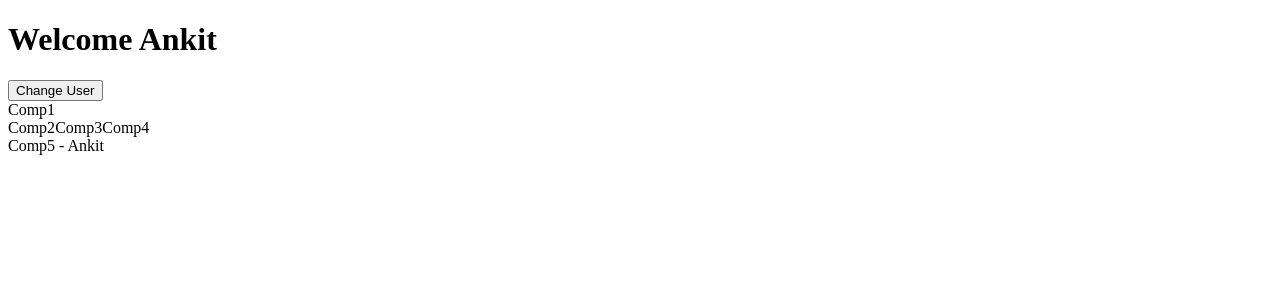
Repository: ankitgujre01/myAppContext2
Page: /
An editor plug-in stored every save of this project. The page is shown before and after a run of saves, followed by the edit.
The browser window is 1280 px wide. The pictures show the whole page.
The project was rebuilt for these pictures with package versions that can differ from the ones it lists, and the page was loaded fresh each time. Also part of the build but not shown: vite.config.js.

Above is the page before, as saved 2025-04-16 17:48:17.

After the next 4 saves:
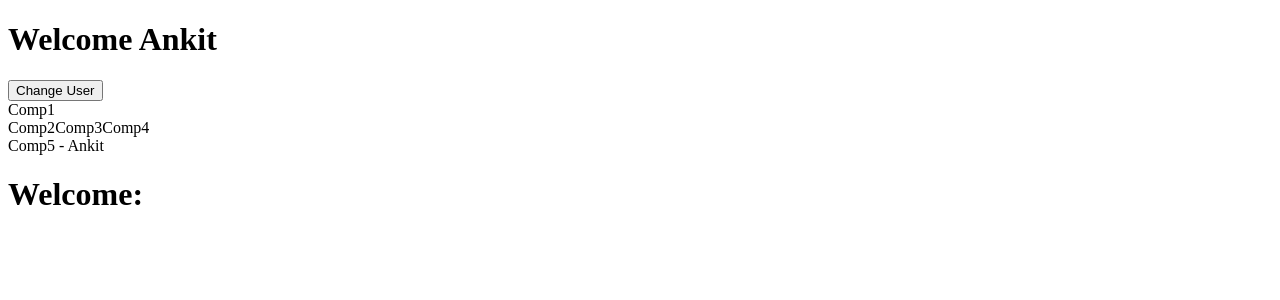
The 4 saves are shown as one change because 1 did not build or start and some came seconds apart.
The last was saved 15 s later.
--- a/src/Cybrom.jsx
+++ b/src/Cybrom.jsx
@@ -3,7 +3,7 @@ import React from 'react'
 const Cybrom = () => {
   return (
       <>
-
+          <h1>Welcome: </h1>
       </>
   )
 }
